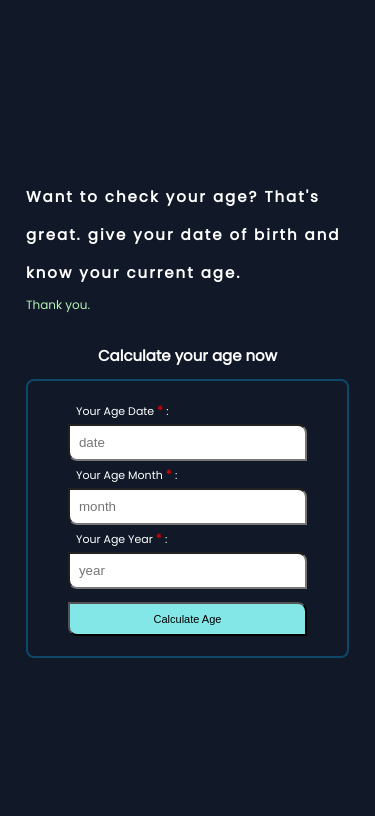
Repository: omarpervezz/age-calculator
Page: index.html
An editor plug-in stored every save of this project. The page is shown before and after a run of saves, followed by the edit.
The browser window is 375 px wide. The pictures show the whole page.
Some web fonts or font styles are not loaded; a fallback is used.

Above is the page before, as saved 2022-08-13 00:49:38.

### index.html
<!doctype html>
<html lang="en">

<head>
    <!-- Required meta tags -->
    <meta charset="utf-8">
    <meta name="viewport" content="width=device-width, initial-scale=1">

    <!-- Font Awesome Icons  -->
    <link rel="stylesheet" href="https://cdnjs.cloudflare.com/ajax/libs/font-awesome/5.15.1/css/all.min.css"
        integrity="sha512-+4zCK9k+qNFUR5X+cKL9EIR+ZOhtIloNl9GIKS57V1MyNsYpYcUrUeQc9vNfzsWfV28IaLL3i96P9sdNyeRssA=="
        crossorigin="anonymous" />

    <!-- Google Fonts  -->
    <link rel="preconnect" href="https://fonts.googleapis.com">
    <link rel="preconnect" href="https://fonts.gstatic.com" crossorigin>
    <link href="https://fonts.googleapis.com/css2?family=Poppins&display=swap" rel="stylesheet">
    <!-- Google Icon -->
    <link href="https://fonts.googleapis.com/icon?family=Material+Icons"
      rel="stylesheet">
      <link rel="stylesheet" href="https://fonts.googleapis.com/css2?family=Material+Symbols+Outlined:opsz,wght,FILL,GRAD@48,400,0,0" />
     <link rel="stylesheet" href="style.css">

    <title>Age Calculator</title>
</head>

<body>
   <div class="age_calculator_container">
    <div class="info container">
      <h1>Want to check your age? That's great. give your date of birth and know your current age.</h1>
      <span>Thank you.</span>
     </div>
    <div class="container">
      <h2>Calculate your age now</h2>
       <div class="box">
        <form action="#" id="form">
            <div class="date_of_birth">
              <label for="date">
                Your Age Date <span>*</span> :
              </label>
              <input type="number" id="date" placeholder="date" class="date">
            </div>
            <div class="date_of_month">
              <label for="month">
                Your Age Month <span>*</span> :
              </label>
              <input type="number" id="month" placeholder="month" class="month">
            </div>
            <div class="date_of_year">
              <label for="year">
                Your Age Year <span>*</span> :
              </label>
              <input type="number" id="year" placeholder="year" class="year">
            </div>
            <div class="submit_">
              <button type="submit" id="submit" class="btn btn-primary">Calculate Age</button>
            </div>
        </form>
       </div>

    </div>
   </div>

    <script src="calculate.js"></script>
</body>

</html>

### style.css
body{
  background-color: #111827;
  color: white;
  font-family: 'Poppins', sans-serif;
  box-sizing: border-box;
  height: 100vh;
  display: flex;
  justify-content: center;
  align-items:
  center;
  overflow-x: hidden;
}
:root{
  --width:100%;
}
html{
  font-size: 62.5%;
}
h1{
  font-size: 1.5rem;
  margin-bottom: .4rem;
  padding-top: 1rem;
  line-height: 38px;
  letter-spacing: 2px;
}
h2{
  text-align: center;
  margin-top: 3rem;
}
.info span{
  color: #b3f1b3;
  font-weight: normal;
  font-size: 1.2rem;
}
.container{
  max-width: calc(var(--width) - 30%);
  margin: auto;
}
.box{
  background-color: #111827;
  overflow: hidden;
  padding: 2rem 4rem;
  height: fit-content;
  border: .2rem solid #0d81b973;
  border-radius: .8rem;
}
.box div{
  width:100%;
}
.box label{
  width:100%;
  display: block;
  font-size: 1.1rem;
  margin-bottom: .3rem;
  padding: 0 .8rem;
}
.box label span{
  color: red;
  margin-top: 0rem;
  font-size: 1.3rem;
}
.box input{
  padding: .9rem .9rem;
  margin-bottom: .4rem;
  border-top-right-radius: .9rem;
  border-bottom-left-radius: .9rem;
  width: 100%;
  box-sizing: border-box;
  transition: 0.3s background linear;
  -webkit-transition: 0.3s background linear;
  -moz-transition: 0.3s background linear;
  -ms-transition: 0.3s background linear;
  -o-transition: 0.3s background linear;
}
.addFocused{
  background: rgb(0 0 0);
  border: .2rem solid #0f4768;
  color: white;
}
.addFocused::placeholder{
  color: white;
  text-transform: capitalize;
}
.submit_{
  width: 82%;
}
.submit_ button{
  width: 100%;
  padding: .9rem .9rem;
  border-top-right-radius: .9rem;
  border-bottom-left-radius: .9rem;
  font-size: 1.1rem;
  cursor: pointer;
  background: #84e7e7;
  margin-top: .9rem;
  transition: 0.6s background linear;
  -webkit-transition: 0.6s background linear;
  -moz-transition: 0.6s background linear;
  -ms-transition: 0.6s background linear;
  -o-transition: 0.6s background linear;
}
.submit_ button:hover{
  background: transparent;
  color: #fff;
  border: .1rem solid white;
}
.result_box{
  background-color: #005574;
  border-radius: .9rem;
  margin-top: 2rem;
  position: relative;
}
.result_content{
  display:
  flex;
  flex-direction: column;
  padding: 1.3rem 0;
}
.result_content div{
  display:
  flex;
  flex-direction: row;
  justify-content: space-evenly;
}
.result_content div span{
  color: #e9e8e9;
  font-weight: 400;
  display: inline-block;
  margin-bottom: .7rem;
}
.material-symbols-outlined{
  position: absolute;
  right: 1.3rem;
  font-size: 1.4rem;
  top: 0.8rem;
  cursor: pointer;
  color: #4febf3;
  font-weight: normal;
}

@media (max-width:476px){
  .container{
    max-width: calc(var(--width) - 10%);
  }
}

### calculate.js
const birth_date = document.querySelector('.date');
const month = document.querySelector('.month');
const year = document.querySelector('.year');

// focus input and change bg
birth_date.addEventListener('focus', function(event){
  addClass(birth_date,event);
});
month.addEventListener('focus', function(event){
  addClass(month,event)
});
year.addEventListener('focus', function(event){
  addClass(year,event)
});
const addClass = (input,event) => {
  if(event.path[0].id == 'date'){
    event.path[0].classList.add('addFocused');
    month.classList.remove('addFocused');
    year.classList.remove('addFocused');
  }else if(event.path[0].id == 'month'){
    event.path[0].classList.add('addFocused');
    birth_date.classList.remove('addFocused');
    year.classList.remove('addFocused');
  }else if(event.path[0].id == 'year'){
    event.path[0].classList.add('addFocused');
    month.classList.remove('addFocused');
    birth_date.classList.remove('addFocused');
  }
}

const calculateAge = document.querySelector('#form');
calculateAge.addEventListener('submit', function(event) {
  event.preventDefault();
  let userDateOfBirth = document.querySelector('#date').value;  // 20
  let userBirthMonth = document.querySelector('#month').value;  // 12
  let userBirthYears = document.querySelector('#year').value;   // 1990

  // today date
  let date = new Date();   // new date
  let todayDate = date.getDate();  // current date
  let currentMonth = 1 + date.getMonth() // current month;
  let currentYear = date.getFullYear() // current year;
  let months_ = [31, 28, 31, 30, 31, 30, 31, 31, 30, 31, 30, 31] // random array for 31 28 30 calculated;


  if(userDateOfBirth > todayDate){  // checking if userdate > today date
    todayDate = todayDate + months_[currentMonth - 1]; // 44
    currentMonth = currentMonth - 1; //7
  }
if(userBirthMonth > currentMonth){
  console.log(currentMonth);
  currentMonth = currentMonth + 12; // 19
  console.log(currentMonth);
  currentYear = currentYear - 1; // 2021
}

  let d = todayDate - userDateOfBirth; // 13 - 20 = -7
  console.log(currentMonth);
  console.log(userBirthMonth);
  let m = currentMonth - userBirthMonth // 8 - 12 == -4;
  let y = currentYear - userBirthYears // 2022 - 1990 32;

  const box = document.querySelector('.box');

  box.innerHTML += `
  <div class="result_box">
  <span class="material-symbols-outlined" id="close-item">
close
</span>

  <div class="result_content">
   <div>
     <span>Your Age</span><span>${y} Years</span>
   </div>
   <div><span>Your Month</span><span>${m} Month</span></div>
   <div>
     <span>Your Days</span><span>${d} Days</span>
   </div>
  </div>
</div>
  `
  const item = document.querySelector('.result_box');
  const closeItem = document.querySelector('#close-item');
  closeItem.addEventListener('click', function(event){
    item.remove();
    location.reload();
  })
});

After the next 3 saves:
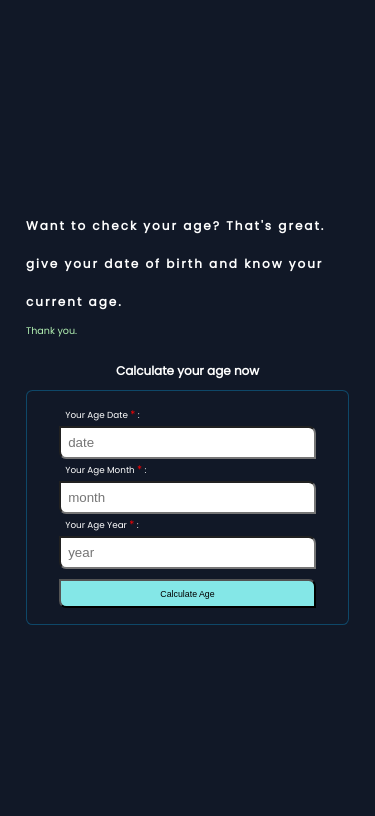
The 3 saves are shown as one change because they came seconds apart.
The last was saved 12 s later.
--- a/style.css
+++ b/style.css
@@ -139,6 +139,9 @@ h2{
 }
 
 @media (max-width:476px){
+  html{
+    font-size: 50%;
+  }
   .container{
     max-width: calc(var(--width) - 10%);
   }
